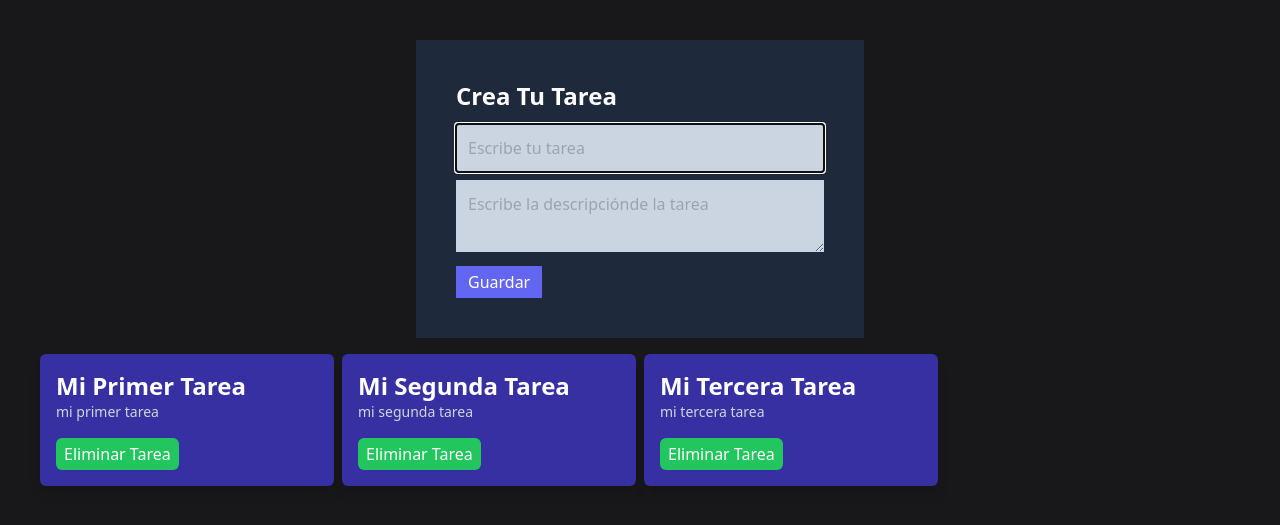
Repository: Ciromontes/AgendaTuTarea
Page: /
The author's editor kept a copy of each file at every save. The page is drawn from the files as they stood at one save, then again after the next save.
The browser window is 1280 px wide. The pictures show the whole page.
The project was rebuilt for these pictures with package versions that can differ from the ones it lists, and the page was loaded fresh each time. Also part of the build but not shown: vite.config.js.

Above is the page before, as saved 2023-09-19 08:52:23.

After the next save:
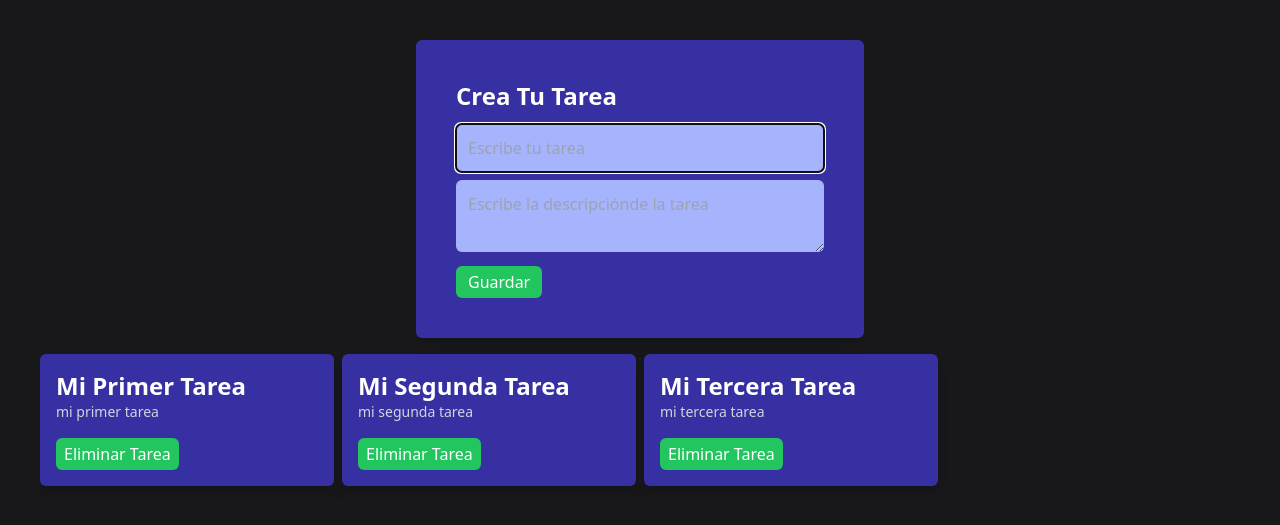
Saved 100 s later.
--- a/src/components/TaskForm.jsx
+++ b/src/components/TaskForm.jsx
@@ -20,24 +20,24 @@ function TaskForm() {
 
     return (
         <div className="max-w-md mx-auto">
-            <form onSubmit={handleSubmit} className="bg-slate-800 p-10 mb-4">
+            <form onSubmit={handleSubmit} className="bg-indigo-800 p-10 mb-4 rounded-md shadow-lg transition duration-500 ease-in-out transform hover:-translate-y-1 hover:scale-110">
                 <h1 className="text-2xl font-bold text-white mb-3">Crea Tu Tarea</h1>
             <input
                 placeholder="Escribe tu tarea"
                 onChange={(e) => setTitle(e.target.value)}
                 value = {title}
-                className="bg-slate-300 p-3 w-full mb-2"
+                className="bg-indigo-300 p-3 w-full mb-2 rounded-md"
                 autoFocus
             />
             <textarea placeholder="Escribe la descripciónde la tarea"
                 onChange={(e) => setDescription(e.target.value)}
-                className="bg-slate-300 p-3 w-full mb-2"
+                className="bg-indigo-300 p-3 w-full mb-2 rounded-md"
                 value = {description}
 
             ></textarea>
 
             <button
-            className="bg-indigo-500 px-3 py-1 text-white">
+            className="bg-green-500 px-3 py-1 text-white rounded-md transition duration-500 ease-in-out transform hover:-translate-y-1 hover:scale-110">
                 Guardar
             </button>
         </form>
